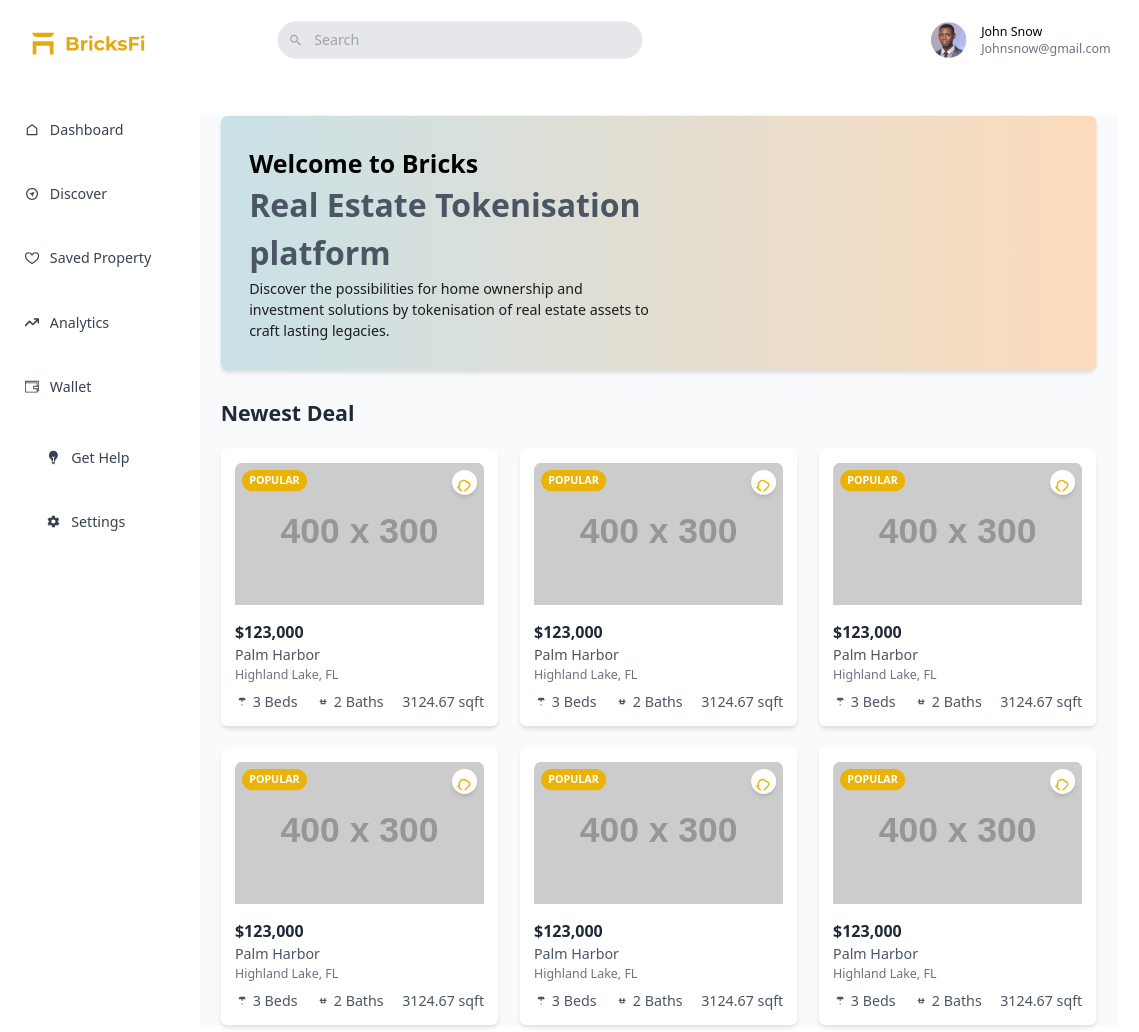
Repository: AyomideAkintade/BricksFi-Frontend
Page: /dashboard/discover (app in client/)
These files come from the project's save history. The page is drawn as it stood at one moment and after the next save; the edit follows.
The browser window is 1280 px wide. The pictures show the whole page, at 89% of full size.
The page's requests for data from a server got no answer. The project was rebuilt for these pictures with package versions that can differ from the ones it lists, and the page was loaded fresh each time. No one was signed in, and anything a server would have sent is missing. Also part of the build but not shown: client/src/components/navbar.jsx, client/src/components/home.jsx, client/src/components/homeSecond.jsx, client/src/components/homeThird.jsx, client/src/components/homeFifth.jsx, client/src/components/homeSixth.jsx, client/src/components/homeSeventh.jsx, client/src/api/base.js and 16 more.

Above is the page before, as saved 2024-10-04 23:32:11.

### client/src/index.css
@import "tailwindcss/base";
@import "tailwindcss/components";
@import "tailwindcss/utilities";


@font-face {
  font-family: Poppins;
  src: url(/src/assets/fonts/Poppins-Regular.ttf) format("truetype"), url(/src/assets/fonts/Poppins-Bold.ttf) format("truetype"), url(/src/assets/fonts/Poppins-Medium.ttf) format("truetype");

}

### client/src/App.js
import { BrowserRouter as Router, Route, Routes } from "react-router-dom";
import Home from "./pages/homePage";
import HomeFourth from "./components/login.jsx";
import HomeEight from "./components/signup.jsx";
import ForgotPasswordPage from "./components/forgotPassword.jsx";
import DashboardLayout from "./pages/dashboardLayout";
import DashboardPage from "./pages/dashboard.jsx";
import PieAnalytics from "./components/analytics.jsx";
import Discover from "./components/discover.jsx";
import SavedPropertyPage from "./components/savedProperties.jsx";
import { ToastContainer } from "react-toastify";
import 'react-toastify/dist/ReactToastify.css';
import { useEffect, useState } from "react";
import { BrCookies } from "./utils/storage/cookies.js";
// import DiscoverPage from "./pages/discover.jsx";
// import SavedPropertyPage from "./pages/savedProperty.jsx";

function App() {

  const [ loggedIn, setLoggedIn ] = useState(false);
  const [ isLoading, setLoading ] = useState(true);

  useEffect(()=>{
    const ck = new BrCookies(document);
    ck.getCookie('authToken')
      .then((value) => {
        setLoggedIn(true);
        setLoading(false);
      })
      .catch((e) => {
        setLoading(false);
        // this.setState({ isLoading: false }); // Set loading to false even if there is an error
      });
  }, [])
  if (isLoading) {
    return <div></div>;
  }

  return (
    <div>
      <ToastContainer limit={5} />
      {loggedIn ?
      <Router>
        <Routes>
          <Route path="*" element={<DashboardLayout />}>
            <Route index element={<DashboardPage />} />
          </Route>
          <Route path="/dashboard" element={<DashboardLayout />}>
            <Route index element={<DashboardPage />} />
            <Route path="discover" element={<Discover/>} />
            <Route path="saved-property" element={<SavedPropertyPage/>} />
            <Route path="analytics" element={<PieAnalytics />} />
          </Route>
        </Routes>
      </Router>
      :
      <Router>
        <Routes>
          {/* Public Routes */}
          <Route path="/" element={<Home />} />
          <Route path="/login" element={<HomeFourth />} />
          <Route path="/signup" element={<HomeEight />} />
          <Route path="/forgot-password" element={<ForgotPasswordPage />} />

          {/* Dashboard Routes with Sidebar and Header */}
          <Route path="/dashboard" element={<DashboardLayout />}>
            <Route index element={<DashboardPage />} />
            <Route path="discover" element={<Discover/>} />
            <Route path="saved-property" element={<SavedPropertyPage/>} />
            <Route path="analytics" element={<PieAnalytics />} />
          </Route>
        </Routes>
      </Router>
      }
    </div>
  );
}

export default App;

### client/src/pages/dashboardLayout.jsx
import React from 'react';
import Sidebar from '../components/sidebar';
import Header from '../components/header';
import { Outlet } from 'react-router-dom';

const DashboardLayout = () => {
  return (
    <div className="flex">
      {/* Sidebar */}
      <Sidebar />

      <div className="flex-1 ml-[200px]">
        {/* Header */}
        <Header />

        <div className="px-6 py-2">
          {/* Outlet will render the child routes here */}
          <Outlet />
        </div>
      </div>
    </div>
  );
};

export default DashboardLayout;

### client/src/components/discover.jsx
import React from 'react';

const properties = [
  {
    id: 1,
    price: "$123,000",
    name: "Palm Harbor",
    location: "Highland Lake, FL",
    bedrooms: 3,
    bathrooms: 2,
    area: "3124.67 sqft",
    imageUrl: "https://via.placeholder.com/400x300", // Replace with actual image URL
    popular: true,
  },
  {
    id: 2,
    price: "$123,000",
    name: "Palm Harbor",
    location: "Highland Lake, FL",
    bedrooms: 3,
    bathrooms: 2,
    area: "3124.67 sqft",
    imageUrl: "https://via.placeholder.com/400x300", // Replace with actual image URL
    popular: true,
  },
  {
    id: 3,
    price: "$123,000",
    name: "Palm Harbor",
    location: "Highland Lake, FL",
    bedrooms: 3,
    bathrooms: 2,
    area: "3124.67 sqft",
    imageUrl: "https://via.placeholder.com/400x300", // Replace with actual image URL
    popular: true,
  },
  {
    id: 4,
    price: "$123,000",
    name: "Palm Harbor",
    location: "Highland Lake, FL",
    bedrooms: 3,
    bathrooms: 2,
    area: "3124.67 sqft",
    imageUrl: "https://via.placeholder.com/400x300", // Replace with actual image URL
    popular: true,
  },
  {
    id: 5,
    price: "$123,000",
    name: "Palm Harbor",
    location: "Highland Lake, FL",
    bedrooms: 3,
    bathrooms: 2,
    area: "3124.67 sqft",
    imageUrl: "https://via.placeholder.com/400x300", // Replace with actual image URL
    popular: true,
  },
  {
    id: 6,
    price: "$123,000",
    name: "Palm Harbor",
    location: "Highland Lake, FL",
    bedrooms: 3,
    bathrooms: 2,
    area: "3124.67 sqft",
    imageUrl: "https://via.placeholder.com/400x300", // Replace with actual image URL
    popular: true,
  },
  // Add more property data as needed
];

const Discover = () => {
  return (
    <div className="bg-gray-50 min-h-screen">
      {/* Hero Section */}
      <section className="bg-gradient-to-r from-[#C9E1E7] to-[#FCDBBB] p-8 rounded-lg mx-6 my-8 shadow-md">
        <div className="grid grid-cols-1 md:grid-cols-2 items-center">
          <div>
            <h1 className="text-[28px] font-semibold">
              Welcome to Bricks
            </h1>
            <p className="text-[36px] font-semibold text-gray-600">
              Real Estate Tokenisation platform
            </p>
            <p className="text-[#1C1B1F]">
              Discover the possibilities for home ownership and investment
              solutions by tokenisation of real estate assets to craft lasting
              legacies.
            </p>
          </div>
          {/* <div>
            <img
              src="https://via.placeholder.com/600x400" // Replace with actual image URL
              alt="Real Estate Building"
              className="w-full rounded-lg"
            />
          </div> */}
        </div>
      </section>

      {/* Newest Deal Section */}
      <section className="px-6">
        <h2 className="text-2xl font-semibold text-gray-800 mb-6">Newest Deal</h2>
        <div className="grid grid-cols-1 md:grid-cols-3 lg:grid-cols-3 gap-6">
          {properties.map((property) => (
            <div key={property.id} className="bg-white p-4 rounded-lg shadow-md">
              <div className="relative">
                <img
                  src={property.imageUrl}
                  alt={property.name}
                  className="w-full h-40 object-cover rounded-t-lg"
                />
                {property.popular && (
                  <div className="absolute top-2 left-2 bg-yellow-500 text-white text-xs font-semibold px-2 py-1 rounded-full">
                    POPULAR
                  </div>
                )}
                <button className="absolute top-2 right-2 bg-white p-1 rounded-full shadow-md">
                  <svg
                    xmlns="http://www.w3.org/2000/svg"
                    fill="none"
                    viewBox="0 0 24 24"
                    stroke="currentColor"
                    className="w-5 h-5 text-yellow-500"
                  >
                    <path
                      strokeLinecap="round"
                      strokeLinejoin="round"
                      strokeWidth={2}
                      d="M5.121 17.804A4.992 4.992 0 015 15c0-1.38.56-2.63 1.464-3.536l.707-.707c.879-.88 2.03-1.464 3.537-1.464 1.507 0 2.658.584 3.537 1.464l.707.707A4.992 4.992 0 0119 15a4.992 4.992 0 01-1.465 3.535l-6.585 6.585a1 1 0 01-1.414 0l-6.585-6.585z"
                    />
                  </svg>
                </button>
              </div>
              <div className="mt-4">
                <h3 className="text-lg font-semibold text-gray-800">{property.price}</h3>
                <p className="text-gray-600">{property.name}</p>
                <p className="text-sm text-gray-500">{property.location}</p>
                <div className="flex items-center justify-between mt-2">
                  <div className="flex items-center text-gray-600">
                    <svg
                      xmlns="http://www.w3.org/2000/svg"
                      fill="none"
                      viewBox="0 0 24 24"
                      stroke="currentColor"
                      className="w-4 h-4 mr-1"
                    >
                      <path
                        strokeLinecap="round"
                        strokeLinejoin="round"
                        strokeWidth={2}
                        d="M8 7h8M7 9h10M12 12V9m0 9h.01"
                      />
                    </svg>
                    {property.bedrooms} Beds
                  </div>
                  <div className="flex items-center text-gray-600">
                    <svg
                      xmlns="http://www.w3.org/2000/svg"
                      fill="none"
                      viewBox="0 0 24 24"
                      stroke="currentColor"
                      className="w-4 h-4 mr-1"
                    >
                      <path
                        strokeLinecap="round"
                        strokeLinejoin="round"
                        strokeWidth={2}
                        d="M7 12h10M9 12v4h6v-4M9 9v3m6-3v3"
                      />
                    </svg>
                    {property.bathrooms} Baths
                  </div>
                  <div className="text-gray-600">{property.area}</div>
                </div>
              </div>
            </div>
          ))}
        </div>
      </section>
    </div>
  );
};

export default Discover;

### client/src/utils/storage/cookies.js

// eslint-disable-next-line no-unused-vars
class BrCookies {

    constructor(document) {
        this.document = document || (typeof document !== "undefined" ? document : null);
    }

    /**
     *
     * @param {Array<CookieData>} dataList
     */

    saveCookies(dataList){

        if (!Array.isArray(dataList)) {
            throw new Error("Data list must be an array.");
        }

        for (const data of dataList) {
            if (!(data instanceof CookieData)) {
                throw new Error("Invalid cookie data format.");
            }

            // save each cookie
            let cookieValue = `${data.name}=${data.value}; expires=${data.expiryDate.toUTCString()}; path=/`;

            // Set SameSite=None if running on localhost
            if (window.location.hostname !== 'localhost') {

                cookieValue += '; SameSite=Strict; Secure'
            }

            this.document.cookie = cookieValue;
        }
    }

    async getCookie(name) {
        return new Promise((resolve, reject) => {
          const cookies = this.document.cookie.split('; ');
          for (const cookie of cookies) {
            const [cookieName, cookieValue] = cookie.split('=');
            if (cookieName === name) {
              resolve(cookieValue);
              return;
            }
          }
          reject(new Error(`Cookie with name ${name} not found.`));
        });
    }

    removeCookie(name) {
        this.document.cookie = name + "=;Path=/;expires=Thu, 01 Jan 1970 00:00:00 GMT";
    }

    removeAllCookies() {
        const cookies = this.document.cookie.split(";");
        for (var i = 0; i < cookies.length; i++) {
            const cookie = cookies[i];
            const eqPos = cookie.indexOf("=");
            const name = eqPos > -1 ? cookie.substr(0, eqPos) : cookie;
            document.cookie = name + "=;Path=/;expires=Thu, 01 Jan 1970 00:00:00 GMT";
        }
    }
}


class CookieData {
    constructor(name, value, expiryDate) {

        if (typeof name !== "string" || typeof value !== "string" || !(expiryDate instanceof Date) || name.length === 0) {
            throw new Error("Invalid CookieData format.");
        }

        this.name = name;
        this.value = value;
        this.expiryDate = expiryDate;
    }
}

function createCookieDate(timeInSec) {

    const timeInDays = timeInSec / (3600 * 24);

    const currentDate = new Date();

    const futureDate = new Date();
    futureDate.setDate(currentDate.getDate() + timeInDays);


    return futureDate
}


export { BrCookies, CookieData, createCookieDate };

### client/src/components/sidebar.jsx
import React from 'react';
import { Link } from 'react-router-dom';
import { RiHomeLine } from "react-icons/ri";
import { RiCompassDiscoverLine } from "react-icons/ri";
import { GrFavorite } from "react-icons/gr";
import { FaArrowTrendUp } from "react-icons/fa6";
import { TfiWallet } from "react-icons/tfi";
import { IoBulbSharp } from "react-icons/io5";
import { IoMdSettings } from "react-icons/io";
import BricksFi from "../assets/bricksfi.svg"

const Sidebar = () => {
  return (
    <aside className="bg-white h-screen w-[15%] fixed p-3 min-w-[200px]">
      <div className="p-6">
        <img
        src={BricksFi}
        alt='BricksFi'
        className='w-full'
        />
      </div>
      <nav className="mt-8">
        <ul className="space-y-4">
          <li className="p-4 hover:bg-yellow-100">
            <Link to="/dashboard" className="flex items-center text-gray-700">
              <RiHomeLine className="mr-3" /> Dashboard
            </Link>
          </li>
          <li className="p-4 hover:bg-yellow-100">
            <Link to="/dashboard/discover" className="flex items-center text-gray-700">
              <RiCompassDiscoverLine className="mr-3" /> Discover
            </Link>
          </li>
          <li className="p-4 hover:bg-yellow-100">
            <Link to="/dashboard/saved-property" className="flex items-center text-gray-700">
              <GrFavorite className="mr-3" /> Saved Property
            </Link>
          </li>
          <li className="p-4 hover:bg-yellow-100">
            <Link to="/dashboard/analytics" className="flex items-center text-gray-700">
              <FaArrowTrendUp className="mr-3" /> Analytics
            </Link>
          </li>
          <li className="p-4 hover:bg-yellow-100">
            <Link to="/dashboard/wallet" className="flex items-center text-gray-700">
              <TfiWallet className="mr-3" /> Wallet
            </Link>
          </li>
        </ul>
      </nav>
      <div className="mt-auto p-6">
        <ul className="space-y-4">
          <li className="p-4 hover:bg-yellow-100">
            <Link to="/" className="flex items-center text-gray-700">
              <IoBulbSharp className="mr-3" /> Get Help
            </Link>
          </li>
          <li className="p-4 hover:bg-yellow-100">
            <Link to="/" className="flex items-center text-gray-700">
              <IoMdSettings className="mr-3" /> Settings
            </Link>
          </li>
        </ul>
      </div>
    </aside>
  );
};

export default Sidebar;

### client/src/components/header.jsx
import React from 'react';
import COCO from "../assets/clem.jpeg"
import { IoMdSearch } from "react-icons/io";
import { IoNotificationsOutline } from "react-icons/io5";

const Header = () => {
  return (
    <div className="w-full flex gap-10 justify-between items-center py-6 bg-white sticky top-0 z-50 px-12" >
      {/* style={{boxShadow: "1px 1px 20px -8px #0000001A"}} */}
      <div className='px-16 w-full'>
      <div className="relative w-2/3">
        <input
          type="text"
          placeholder="Search"
          className="p-2 pl-10 w-full border rounded-full bg-gray-200 text-black focus:outline-none"
        />
        <IoMdSearch className="absolute left-3 top-1/2 transform -translate-y-1/2 text-gray-400" />
      </div>
      </div>
      <div className="flex items-center space-x-4 ">
        <IoNotificationsOutline className="text-gray-700 text-2xl" />
        <img
          src={COCO}
          alt="profile"
          className="rounded-full h-10 w-10"
        />
        <div className="">
          <span className="block text-sm font-medium">John Snow</span>
          <span className="block text-sm text-gray-500">Johnsnow@gmail.com</span>
        </div>
      </div>
    </div>
  );
};

export default Header;

### client/tailwind.config.js
/** @type {import('tailwindcss').Config} */
module.exports = {
  content: ["./src/**/*.{html,js,jsx}"],
  theme: {
    extend: {
      fontFamily: {
        Poppins: ['Poppins'],
      }
    },
    screens: {
      sm: '640px',
      // => @media (min-width: 640px) { ... }

      md: '768px',
      // => @media (min-width: 768px) { ... }

      lg: '1024px',
      // => @media (min-width: 1024px) { ... }

      xl: '1280px',
      // => @media (min-width: 1280px) { ... }

      '2xl': '1536px',
      // => @media (min-width: 1536px) { ... }
      'custombp': {'raw': '(min-height: 375px),(min-width:768px)'}
    },
  },
  plugins: [],
}

Loaded but not shown: client/public/index.html (common file); client/src/index.js (common file); client/src/reportWebVitals.js (common file)

After the next save:
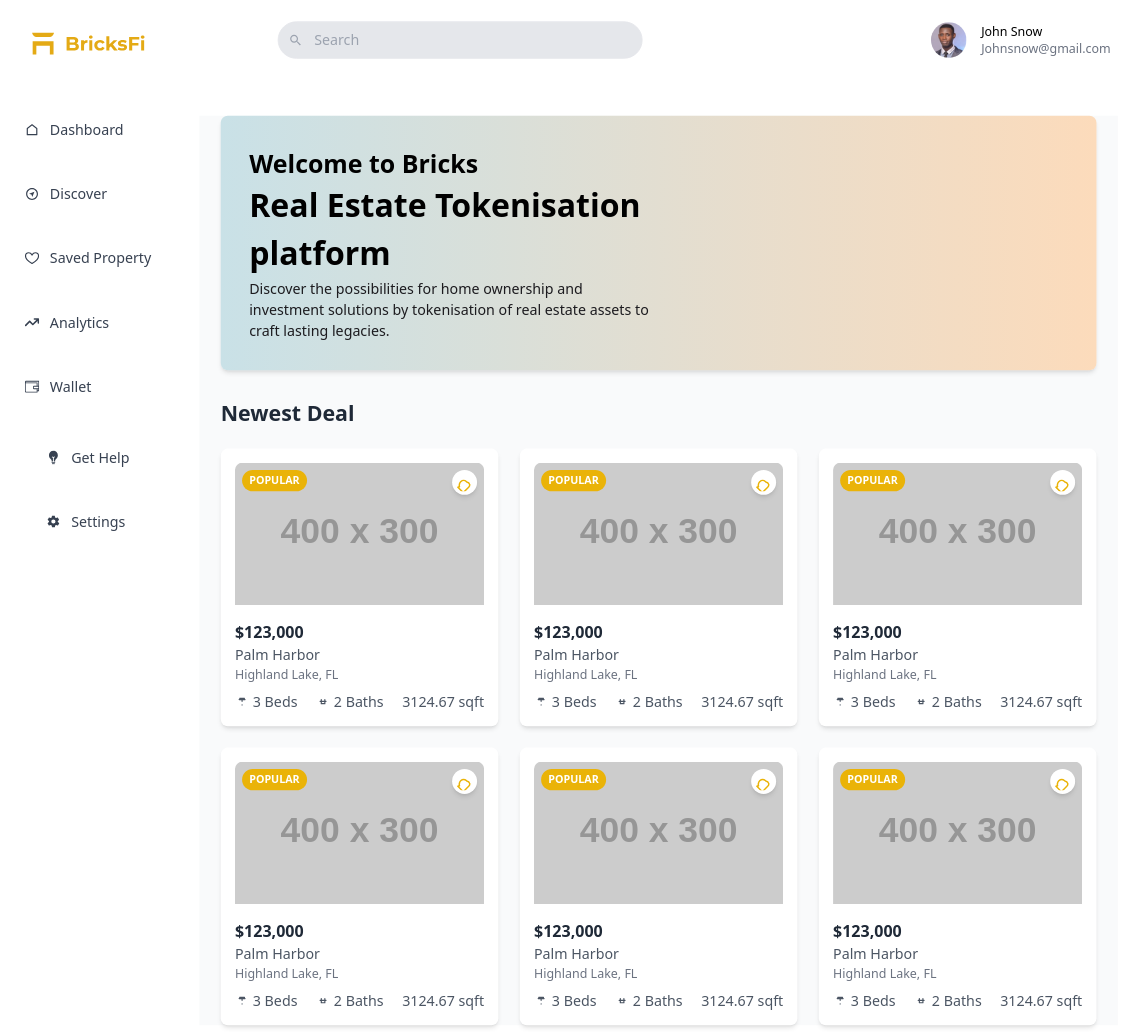
Saved 7 s later.
--- a/client/src/components/discover.jsx
+++ b/client/src/components/discover.jsx
@@ -80,7 +80,7 @@ const Discover = () => {
             <h1 className="text-[28px] font-semibold">
               Welcome to Bricks
             </h1>
-            <p className="text-[36px] font-semibold text-gray-600">
+            <p className="text-[36px] font-semibold">
               Real Estate Tokenisation platform
             </p>
             <p className="text-[#1C1B1F]">
